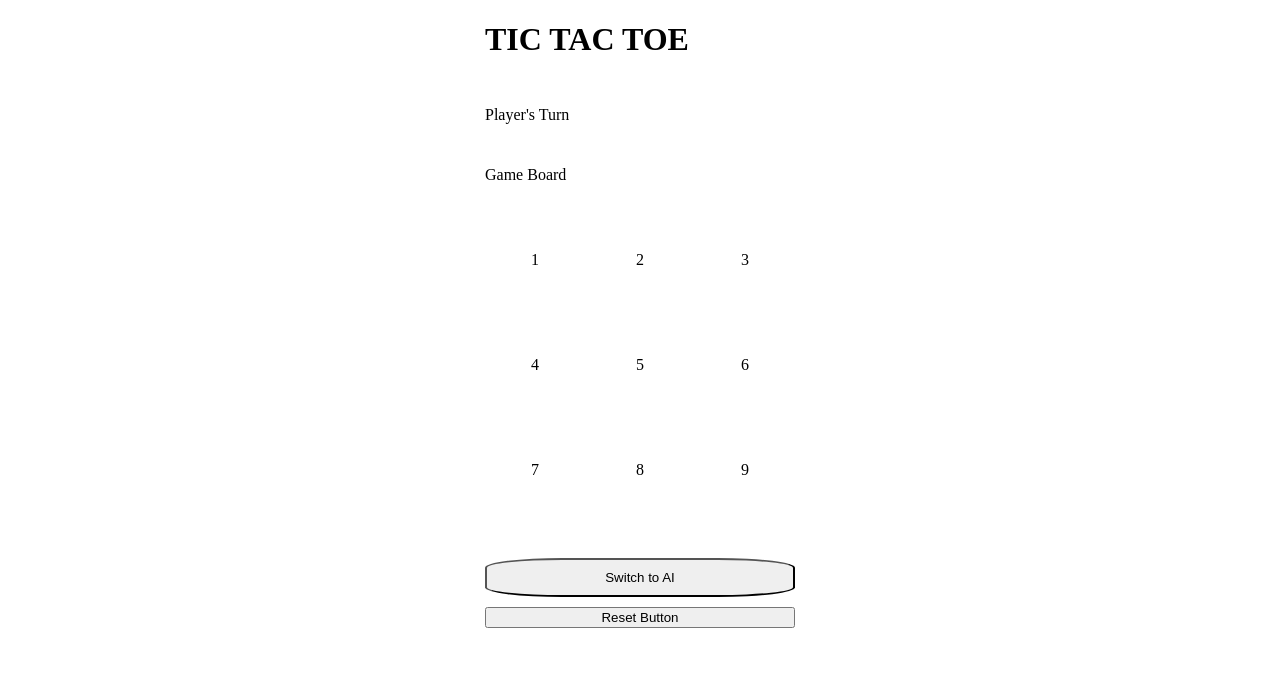
Repository: Yash19075/TicTacToe-game
Page: TicTacToe.html
These files come from the project's save history. The page is drawn as it stood at one moment and after the next save; the edit follows.
The browser window is 1280 px wide. The pictures show the whole page.

Above is the page before, as saved 2025-03-08 23:01:28.

After the next save:
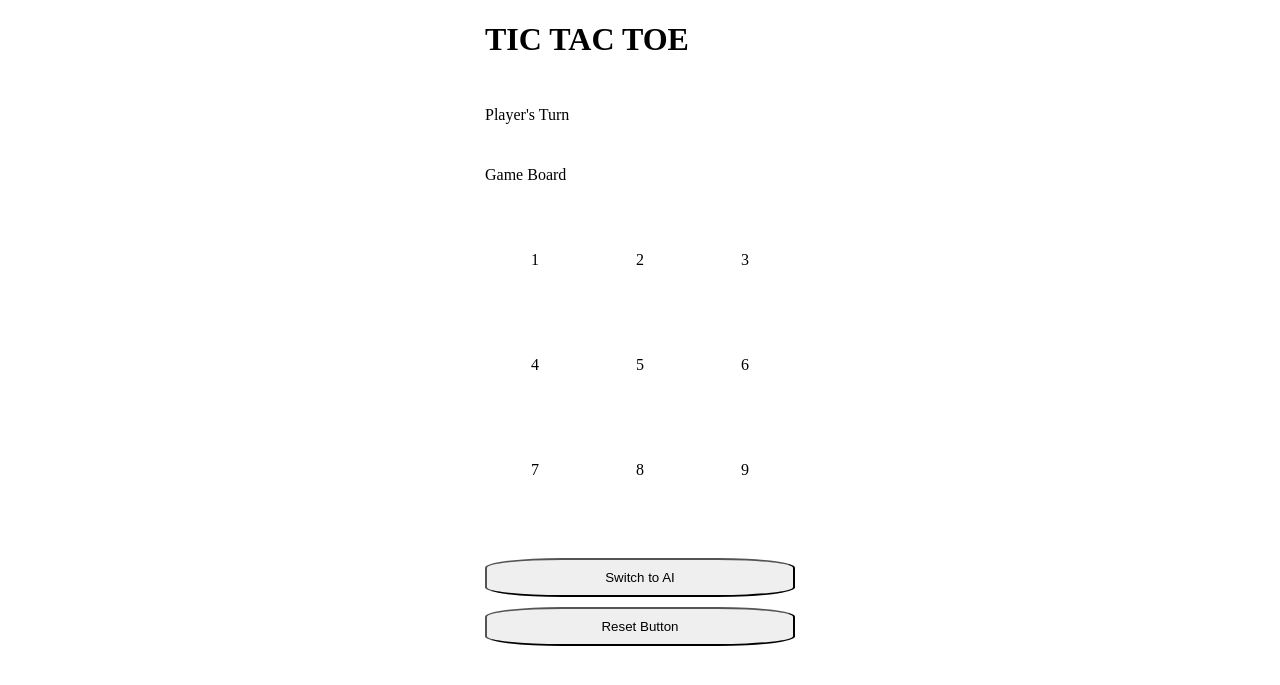
Saved 4 s later.
--- a/TicTacToe.html
+++ b/TicTacToe.html
@@ -25,6 +25,6 @@
     </div>
     <br>
     <button class="css-switchButton">Switch to AI</button>
-    <button>Reset Button</button>
+    <button class="css-resetButton">Reset Button</button>
 </body>
 </html>
